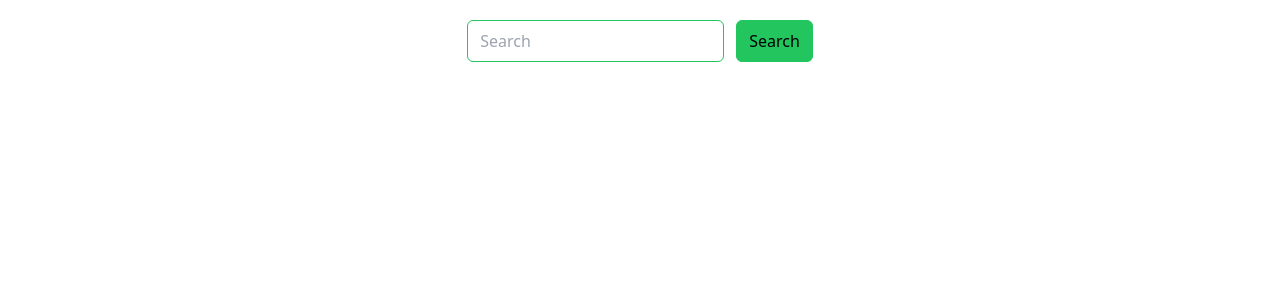
Repository: kimhieu153255/Image-search-app
Page: /
An editor plug-in stored every save of this project. The page is shown before and after the next save, followed by the edit.
The browser window is 1280 px wide. The pictures show the whole page.
The project was rebuilt for these pictures with package versions that can differ from the ones it lists, and the page was loaded fresh each time. Also part of the build but not shown: vite.config.js, src/Components/Button/Loadmore.jsx, src/Components/Card/Card.jsx.

Above is the page before, as saved 2023-10-26 19:11:21.

### index.html
<!doctype html>
<html lang="en">
  <head>
    <meta charset="UTF-8" />
    <link rel="icon" type="image/svg+xml" href="/vite.svg" />
    <meta name="viewport" content="width=device-width, initial-scale=1.0" />
    <title>20120474-LeKimHieu</title>
  </head>
  <body>
    <div id="root"></div>
    <script type="module" src="/src/main.jsx"></script>
  </body>
</html>

### src/main.jsx
import React from "react";
import ReactDOM from "react-dom/client";
import App from "./App.jsx";
import "./index.css";
import { DataProvider } from "./Components/Contexts/Data.jsx";

ReactDOM.createRoot(document.getElementById("root")).render(
  <React.StrictMode>
    <DataProvider>
      <App />
    </DataProvider>
  </React.StrictMode>
);

### src/App.jsx
import { useState } from "react";
import Loadmore from "./Components/Button/Loadmore";
import CardList from "./Components/Card/CardList";
import Search from "./Components/Search/Search";

function App() {
  const [isLoading, setIsLoading] = useState(false);
  return (
    <div className="w-full relative">
      <div className="flex flex-col items-center gap-5 my-5">
        <Search></Search>
        <CardList></CardList>
        <Loadmore></Loadmore>
      </div>
      <div className="inset-1 top-0 left-0  brightness-75 bg-gray-200">
        {isLoading && <p>Loading...</p>}
      </div>
    </div>
  );
}

export default App;

### src/Components/Contexts/Data.jsx
import { createContext, useState } from "react";
import AxiosInstance from "../Axios/AxiosInstance";
const DataContext = createContext();

const DataProvider = (props) => {
  const [data, setData] = useState([]);
  const [page, setPage] = useState(1);
  const [search, setSearch] = useState("");

  const setDataFunc = async (page) => {
    try {
      const res = await AxiosInstance.get(`&query=${search}&page=${page}`);
      if (res) {
        const temp = res.data.results.map((item) => {
          return {
            id: item.id,
            alt_description: item.alt_description,
            url: item.urls.thumb,
          };
        });
        if (page === 1) {
          setData(temp);
          setPage(1);
        } else {
          setData((prev) => [...prev, ...temp]);
          setPage(page + 1);
        }
      }
    } catch (err) {
      console.log(err);
    }
  };

  const value = {
    data,
    setData,
    search,
    setSearch,
    page,
    setPage,
    setDataFunc,
  };
  return <DataContext.Provider value={value} {...props}></DataContext.Provider>;
};

export { DataContext, DataProvider };

### src/Components/Card/CardList.jsx
import { useContext } from "react";
import { DataContext } from "../Contexts/Data";
import Card from "./Card";

const CardList = () => {
  const data = useContext(DataContext);
  return (
    <div className="grid sm:grid-cols-3 md:grid-cols-4 lg:grid-cols-5 gap-3">
      {data.data.map((item) => (
        <Card key={item.id} title={item.alt_description} src={item.url}></Card>
      ))}
    </div>
  );
};

export default CardList;

### src/Components/Search/Search.jsx
import { useContext } from "react";
import { DataContext } from "../Contexts/Data";

const Search = () => {
  const { setDataFunc, setSearch, search } = useContext(DataContext);
  return (
    <div className="flex gap-3">
      <input
        type="text"
        placeholder="Search"
        className="inline-block px-3 py-2 border border-green-500 rounded-md"
        onChange={(e) => setSearch(e.target.value)}
      />
      <button
        type="submit"
        className="px-3 py-2 bg-green-500 border border-green-500 hover:bg-green-600 hover:border-green-600 rounded-md"
        onClick={() => {
          console.log(search);
          setDataFunc(1);
        }}
      >
        Search
      </button>
    </div>
  );
};

export default Search;

### src/Components/Axios/AxiosInstance.jsx
import axios from "axios";
import KeyAPI from "../../KeyAPI";

const AxiosInstance = axios.create({
  baseURL: `https://api.unsplash.com/search/photos?client_id=${KeyAPI.Access_Key}&per_page=20`,
});

export default AxiosInstance;

### src/KeyAPI.js
const KeyAPI = {
  Access_Key: "7Lcwlh9DbVauadS0QCdraGyZjRFFbjqd0XSuBE-jzFM",
  Secret_key: "nPKRLW2TfslTWSn-oJcRIoZNJ9j4_6ySiHVUvNd4sGY",
};
export default KeyAPI;

Loaded but not shown: src/index.css (common file); tailwind.config.js (common file)

After the next save:
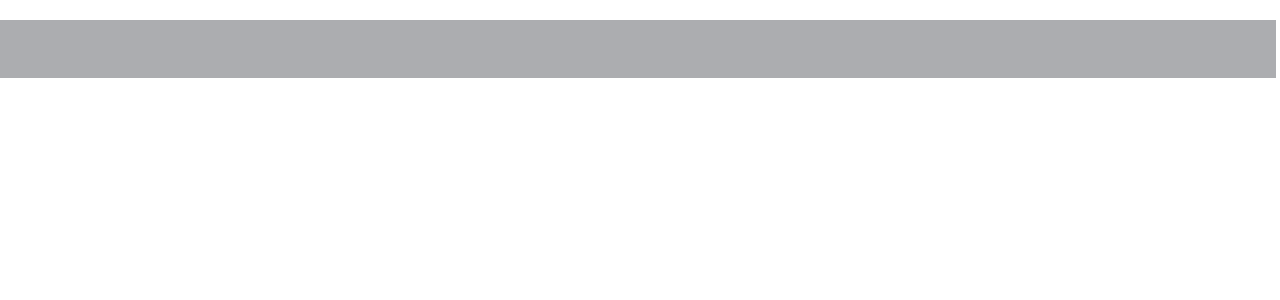
Saved 12 s later.
--- a/src/App.jsx
+++ b/src/App.jsx
@@ -12,7 +12,7 @@
         <CardList></CardList>
         <Loadmore></Loadmore>
       </div>
-      <div className="inset-1 top-0 left-0  brightness-75 bg-gray-200">
+      <div className="inset-1 absolute top-0 left-0  brightness-75 bg-gray-200">
         {isLoading && <p>Loading...</p>}
       </div>
     </div>
